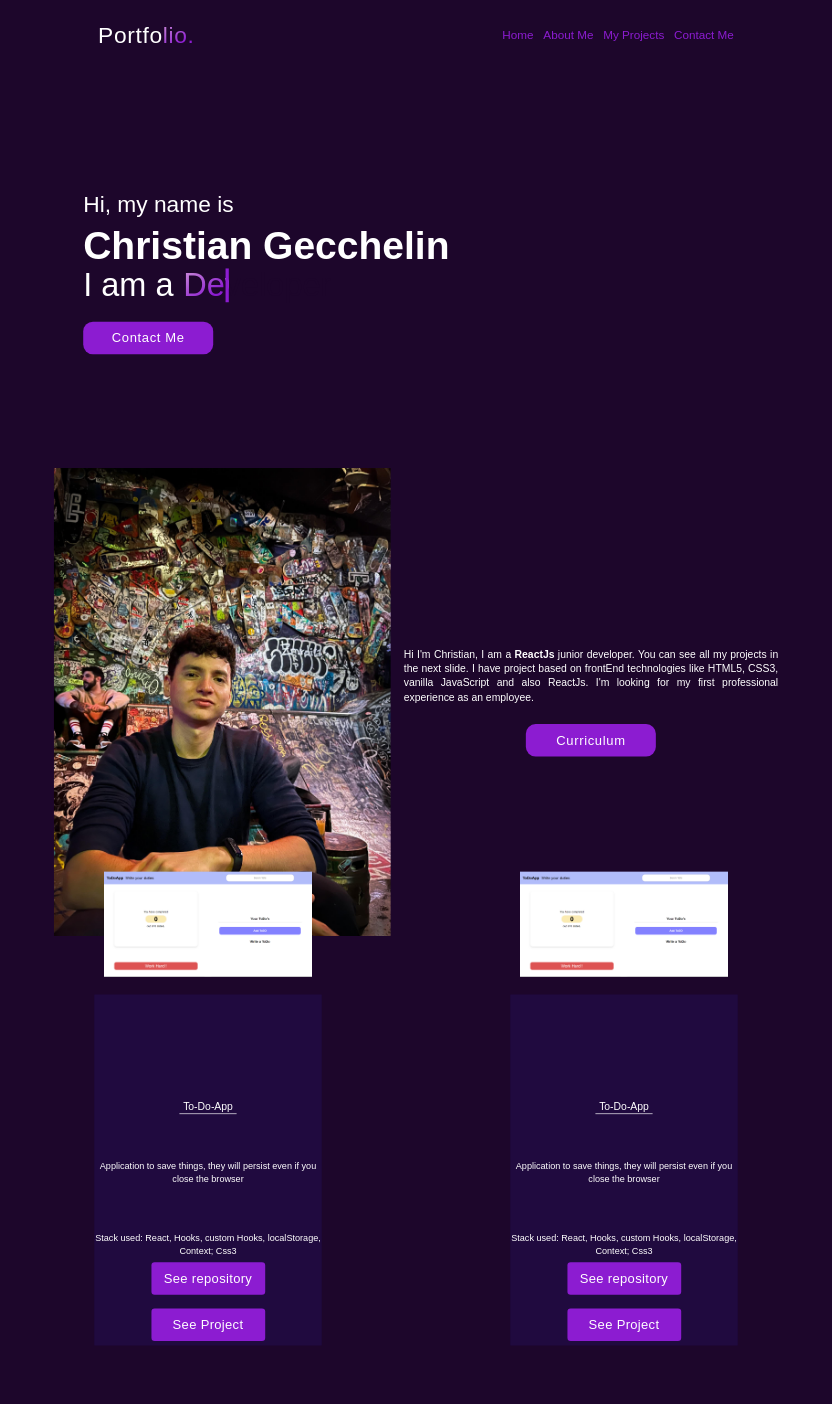
Repository: ChristianGecchelin/portfolio-web
Page: /
The author's editor kept a copy of each file at every save. The page is drawn from the files as they stood at one save, then again after the next save.
The browser window is 1280 px wide. The pictures show the whole page, at 65% of full size.
The project was rebuilt for these pictures with package versions that can differ from the ones it lists, and the page was loaded fresh each time.

Above is the page before, as saved 2022-01-21 23:13:06.

After the next save:
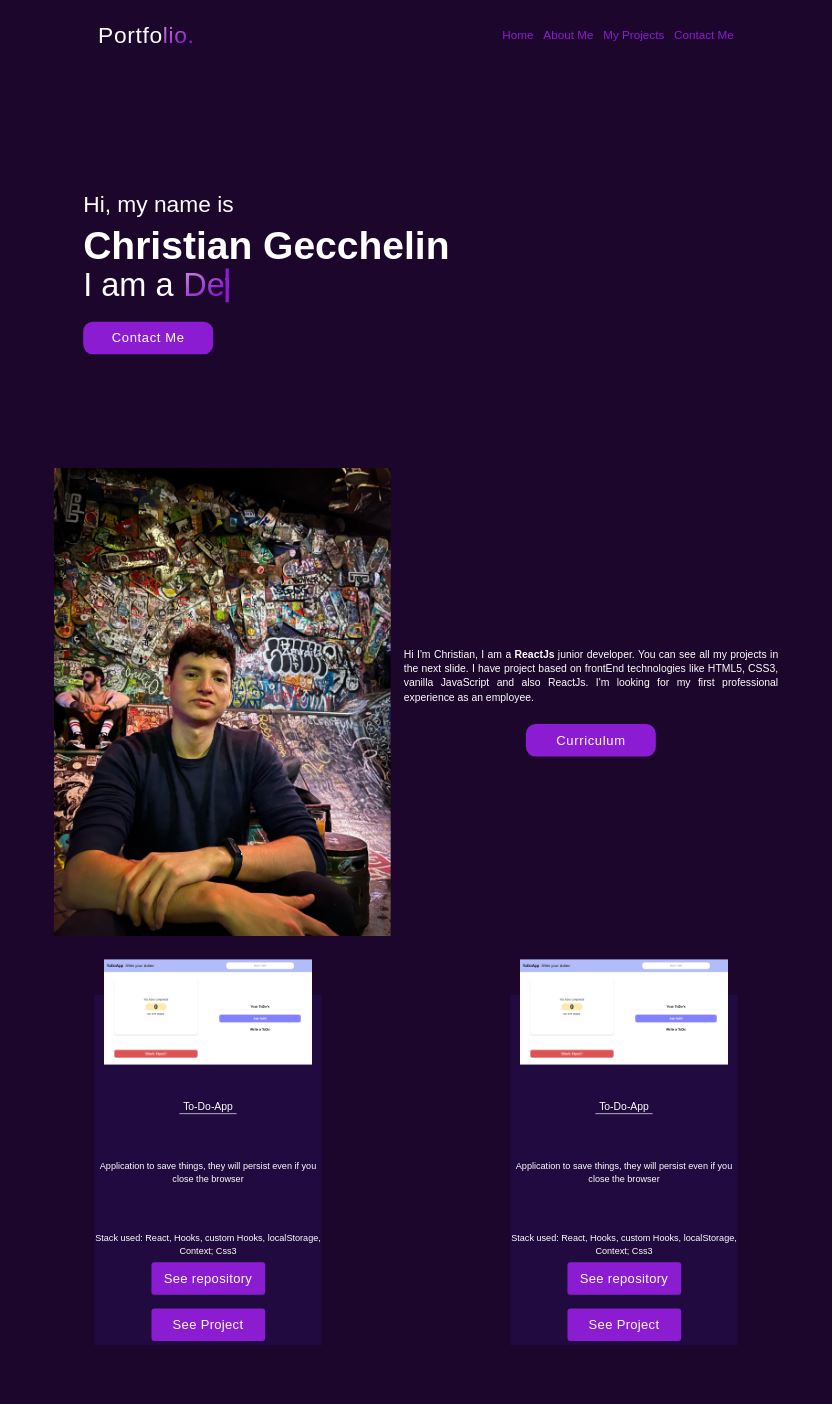
Saved 29 s later.
--- a/src/MyProjects/MyProjects.css
+++ b/src/MyProjects/MyProjects.css
@@ -87,6 +87,6 @@
   }
   .project-section .project-card .card-image {
     position: absolute;
-    top: calc(-35%);
+    top: calc(-10%);
   }
 }
